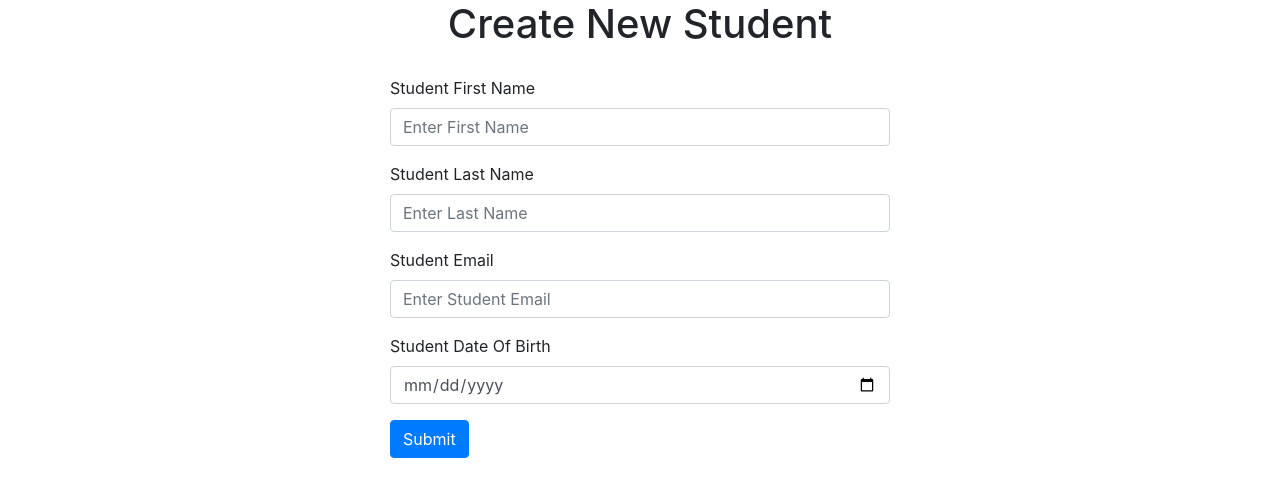
Repository: Frawatson/sms
Page: http://localhost/edit_student
The author's editor kept a copy of each file at every save. The page is drawn from the files as they stood at one save, then again after the next save.
The browser window is 1280 px wide. The pictures show the whole page.
The page is this project's Thymeleaf template; nobody is signed in. The template is opened directly, without the code that normally fills it, so the values that code supplies are empty.

Above is the page before, as saved 2023-06-29 21:21:11.

After the next save:
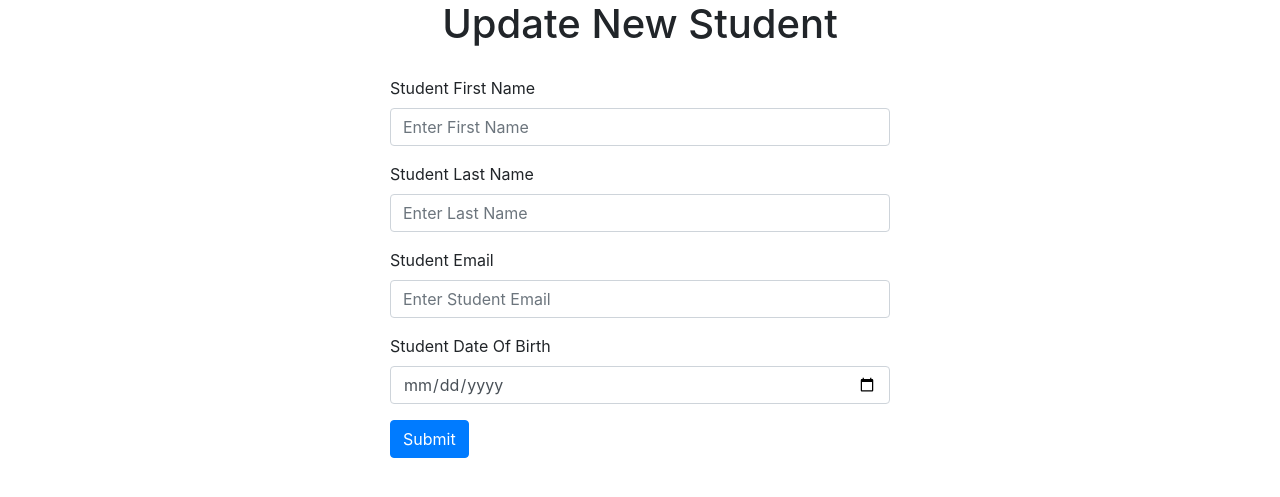
Saved 17 s later.
--- a/corp/src/main/resources/templates/edit_student.html
+++ b/corp/src/main/resources/templates/edit_student.html
@@ -12,7 +12,7 @@
 	<div class="container">
 		<div class="row">
 			<div class="col-lg-6 col-md-6 col-sm-6 container justify-content-center cards">
-				<h1 class="text-center">Create New Student</h1>
+				<h1 class="text-center">Update New Student</h1>
 				<div class="card-body">
 					<form th:action="@{/students}" th:object = "${students}" method="post">
 						<div class="form-group">
